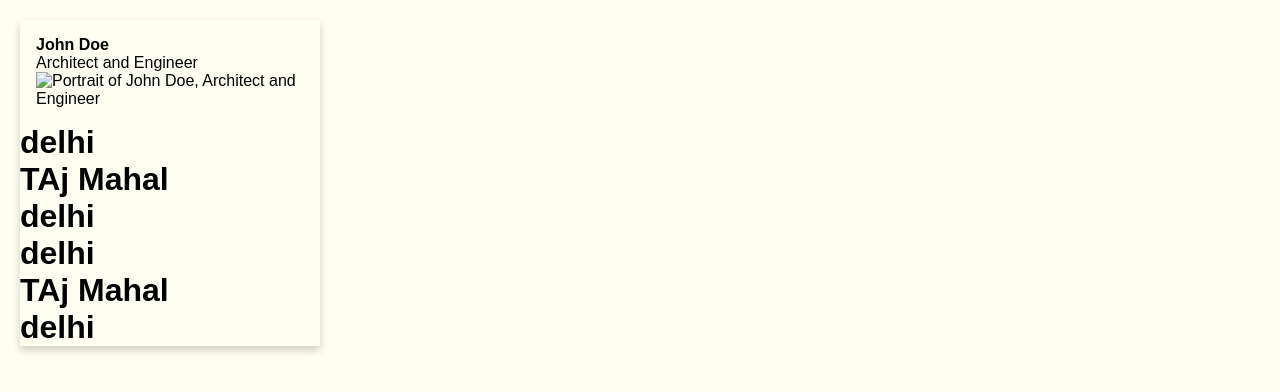
Repository: Muskan1Kumari4draw/React-app-with-concept
Page: /
These files come from the project's save history. The page is drawn as it stood at one moment and after the next save; the edit follows.
The browser window is 1280 px wide. The pictures show the whole page.
The project was rebuilt for these pictures with package versions that can differ from the ones it lists, and the page was loaded fresh each time.

Above is the page before, as saved 2024-09-29 14:45:21.

After the next save:
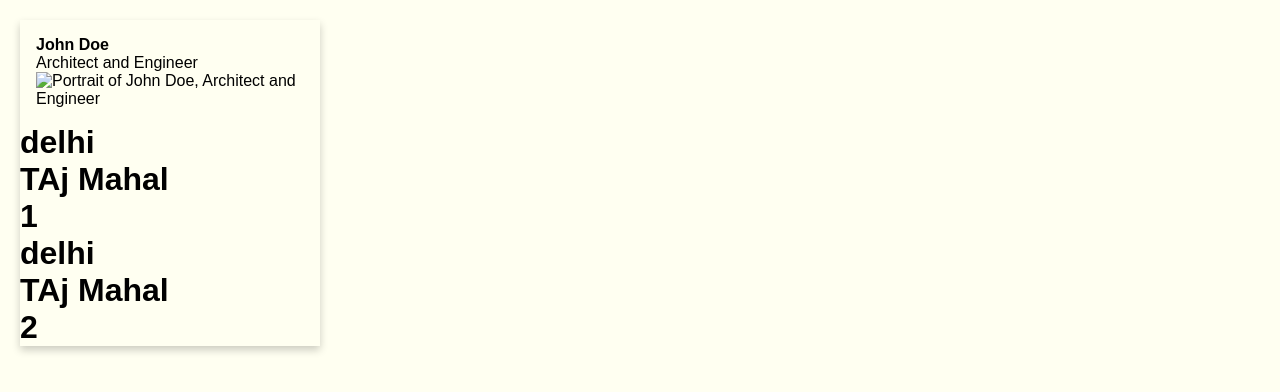
Saved 5 s later.
--- a/src/component/Basic/Restaurant.js
+++ b/src/component/Basic/Restaurant.js
@@ -17,7 +17,7 @@
               <div key ={index}>
                 <h1>{item.placeName}</h1>
                 <h1>{item.Monument}</h1>
-                <h1>{item.placeName}</h1>
+                <h1>{item.id}</h1>
               </div>
             )
           })
